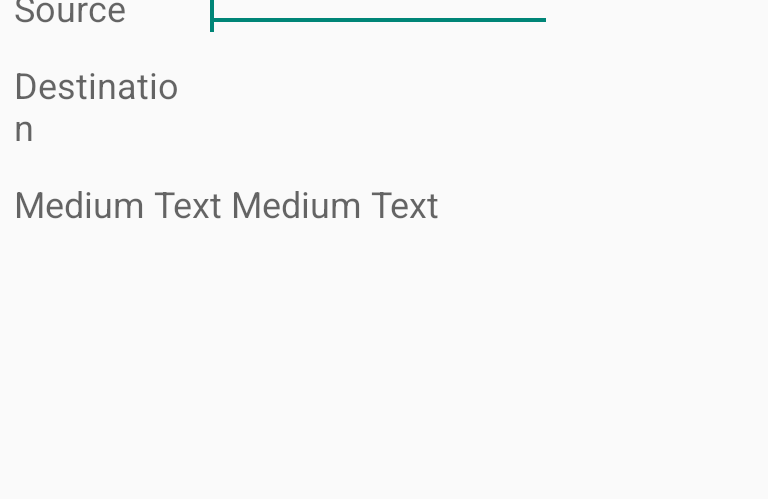
Repository: cravindra/autofareprototype
Layout: AutoFarePrototype/res/layout/activity_main.xml
The author's editor kept a copy of each file at every save. The layout is drawn from the files as they stood at one save, then again after the next save.
The pictures show rows 781 to 1280 of an output 1280 px tall.
It is drawn on a 768 x 1280 px phone screen (xhdpi) without system bars, with theme AppTheme; the app's code is not run.

Above is the layout before, as saved 2014-07-16 10:40:32.

### AutoFarePrototype/res/layout/activity_main.xml
<LinearLayout xmlns:android="http://schemas.android.com/apk/res/android"
    android:id="@+id/main_layout"
    android:layout_width="match_parent"
    android:layout_height="match_parent"
    android:layout_margin="20dp"
    android:gravity="center"
    android:orientation="vertical" >

    <fragment
        android:id="@+id/fragment1"
        android:name="com.google.android.gms.maps.MapFragment"
        android:layout_width="match_parent"
        android:layout_height="0dp"
        android:layout_weight="0.38" />

    <LinearLayout
        android:layout_width="match_parent"
        android:layout_height="wrap_content"
        android:layout_weight="0.13"
        android:orientation="vertical" >

        <LinearLayout
            android:layout_width="match_parent"
            android:layout_height="wrap_content"
            android:orientation="horizontal"
            android:padding="5dp" >

            <TextView
                android:id="@+id/tv_src"
                android:layout_width="98dp"
                android:layout_height="wrap_content"
                android:padding="2dp"
                android:text="@string/src_string"
                android:textAppearance="?android:attr/textAppearanceMedium" />

            <EditText
                android:id="@+id/editText1"
                android:layout_width="174dp"
                android:layout_height="wrap_content"
                android:ems="10"
                android:padding="2dp" >

                <requestFocus />
            </EditText>

        </LinearLayout>

        <LinearLayout
            android:layout_width="102dp"
            android:layout_height="wrap_content"
            android:padding="5dp" >

            <TextView
                android:id="@+id/tv_dest"
                android:layout_width="wrap_content"
                android:layout_height="wrap_content"
                android:padding="2dp"
                android:text="@string/dest_string"
                android:textAppearance="?android:attr/textAppearanceMedium" />

            <EditText
                android:id="@+id/editText2"
                android:layout_width="match_parent"
                android:layout_height="wrap_content"
                android:layout_weight="1"
                android:ems="10"
                android:padding="2dp" />

        </LinearLayout>

        <LinearLayout
            android:layout_width="match_parent"
            android:layout_height="wrap_content"
            android:padding="5dp" >

            <TextView
                android:id="@+id/tv_est_fare"
                android:layout_width="wrap_content"
                android:layout_height="wrap_content"
                android:padding="2dp"
                android:text="Medium Text"
                android:textAppearance="?android:attr/textAppearanceMedium" />

            <TextView
                android:id="@+id/textView5"
                android:layout_width="wrap_content"
                android:layout_height="wrap_content"
                android:padding="2dp"
                android:text="Medium Text"
                android:textAppearance="?android:attr/textAppearanceMedium" />

        </LinearLayout>

    </LinearLayout>

</LinearLayout>

### AutoFarePrototype/res/values/strings.xml
<?xml version="1.0" encoding="utf-8"?>
<resources>

    <string name="app_name">Auto Fare Prototype</string>
    <string name="hello_world">Hello world!</string>
    <string name="action_settings">Settings</string>
    <string name="src_string">Source</string>
    <string name="dest_string">Destination</string>
    <string name="send_button_string">Calculate :</string>
    <string name="est_fare">Estimated Fare :</string>


</resources>

Loaded but not shown: AutoFarePrototype/res/values/styles.xml (common file); AutoFarePrototype/res/values-v11/styles.xml (common file); AutoFarePrototype/res/values-v14/styles.xml (common file)

After the next save:
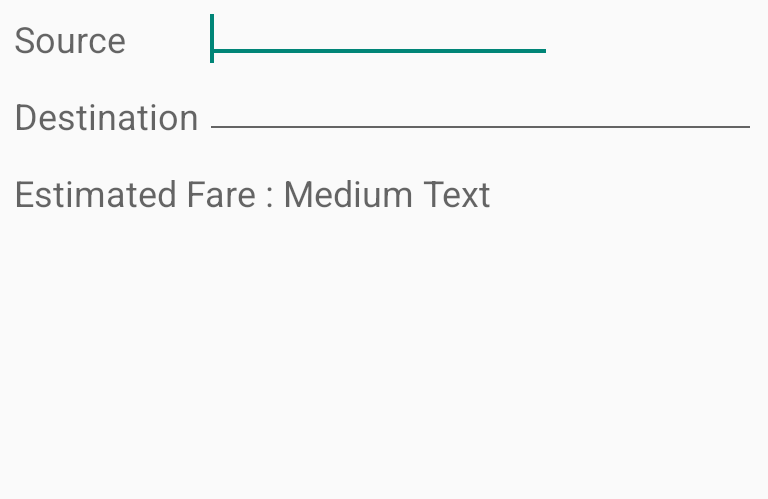
Saved 11 min 23 s later.
--- a/AutoFarePrototype/res/layout/activity_main.xml
+++ b/AutoFarePrototype/res/layout/activity_main.xml
@@ -46,7 +46,7 @@
         </LinearLayout>
 
         <LinearLayout
-            android:layout_width="102dp"
+            android:layout_width="match_parent"
             android:layout_height="wrap_content"
             android:padding="5dp" >
 
@@ -54,6 +54,7 @@
                 android:id="@+id/tv_dest"
                 android:layout_width="wrap_content"
                 android:layout_height="wrap_content"
+                android:layout_weight="0"
                 android:padding="2dp"
                 android:text="@string/dest_string"
                 android:textAppearance="?android:attr/textAppearanceMedium" />
@@ -78,13 +79,14 @@
                 android:layout_width="wrap_content"
                 android:layout_height="wrap_content"
                 android:padding="2dp"
-                android:text="Medium Text"
+                android:text="@string/est_fare"
                 android:textAppearance="?android:attr/textAppearanceMedium" />
 
             <TextView
                 android:id="@+id/textView5"
-                android:layout_width="wrap_content"
+                android:layout_width="0dp"
                 android:layout_height="wrap_content"
+                android:layout_weight="1"
                 android:padding="2dp"
                 android:text="Medium Text"
                 android:textAppearance="?android:attr/textAppearanceMedium" />
